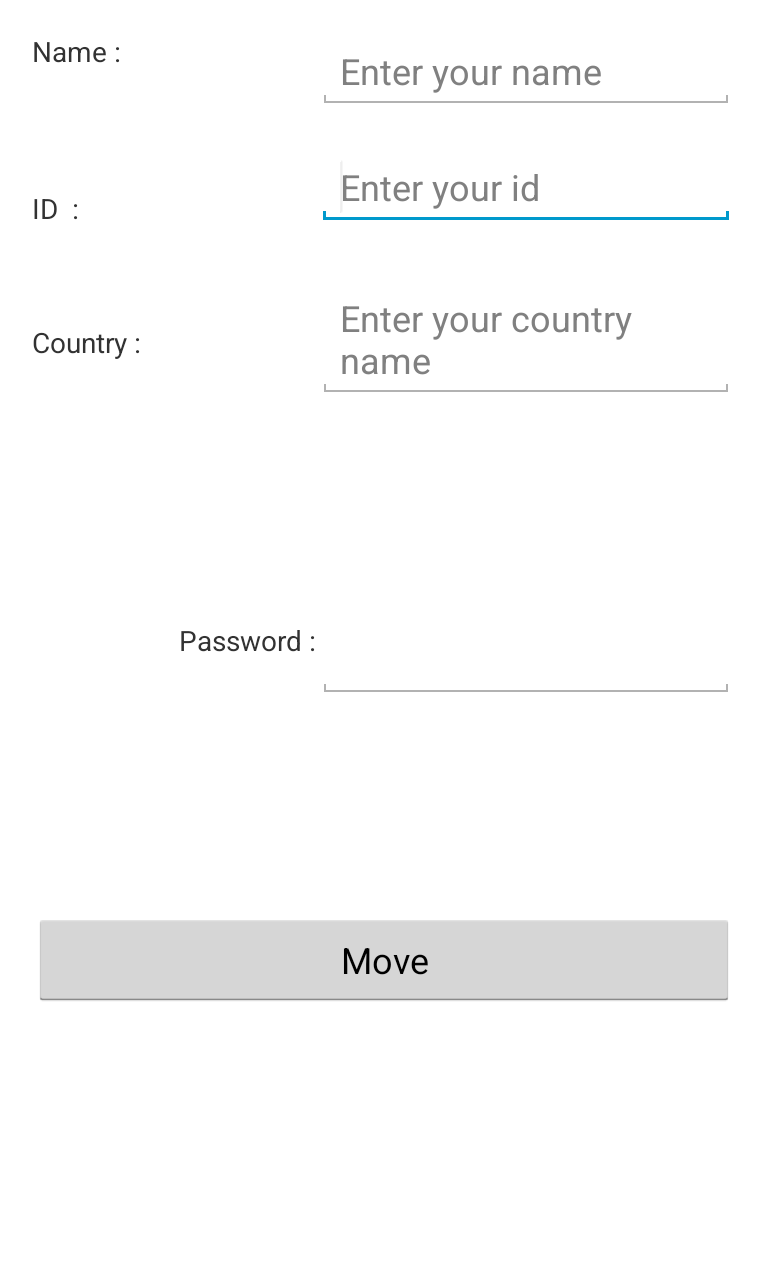
Repository: suzauddola/Android_Apps
Layout: Source/bundle/bandle/res/layout/first.xml
These files come from the project's save history. The layout is drawn as it stood at one moment and after the next save; the edit follows.
It is drawn on a 768 x 1280 px phone screen (xhdpi) without system bars, with theme AppTheme; the app's code is not run.

Above is the layout before, as saved 2013-09-05 02:14:23.

After the next save:
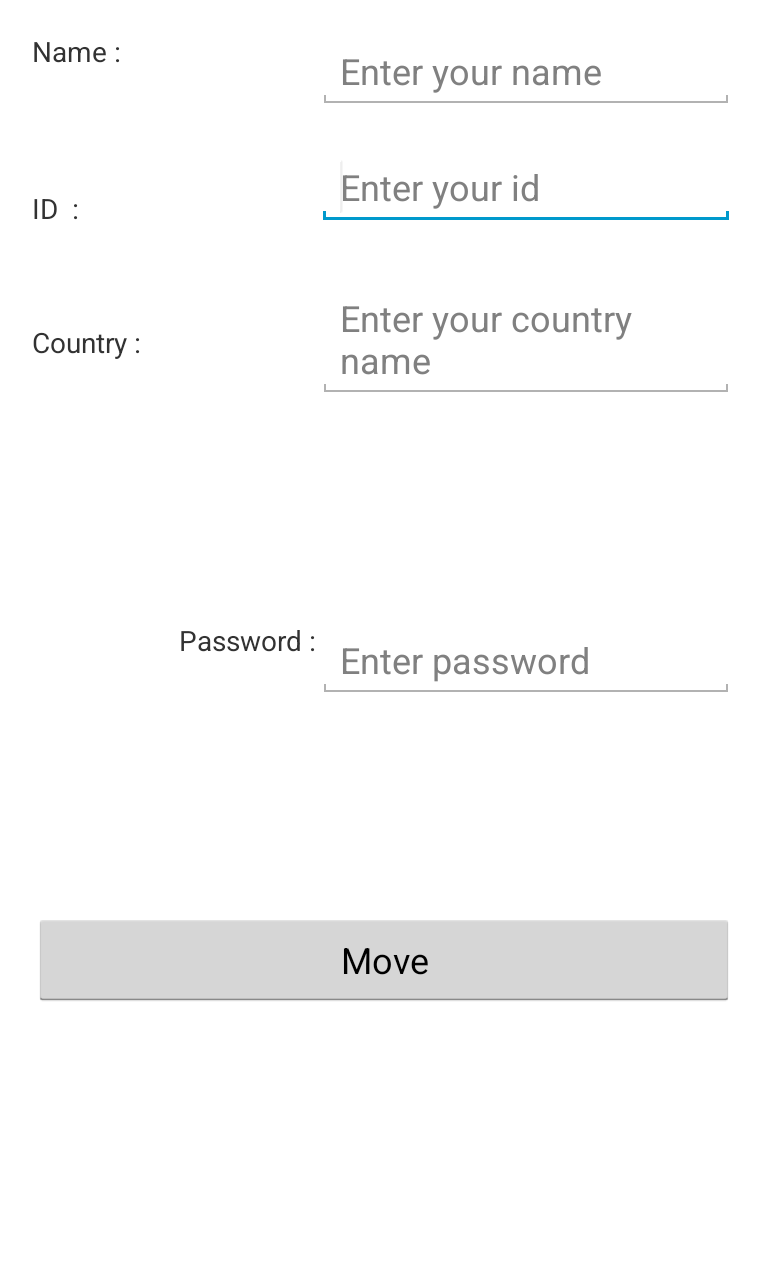
Saved 27 s later.
--- a/Source/bundle/bandle/res/layout/first.xml
+++ b/Source/bundle/bandle/res/layout/first.xml
@@ -86,6 +86,8 @@
         android:layout_height="wrap_content"
         android:layout_alignLeft="@+id/etCountry"
         android:layout_alignTop="@+id/tvPassword"
-        android:ems="10" />
+        android:ems="10"
+        android:hint="Enter password"
+        />
 
 </RelativeLayout>
